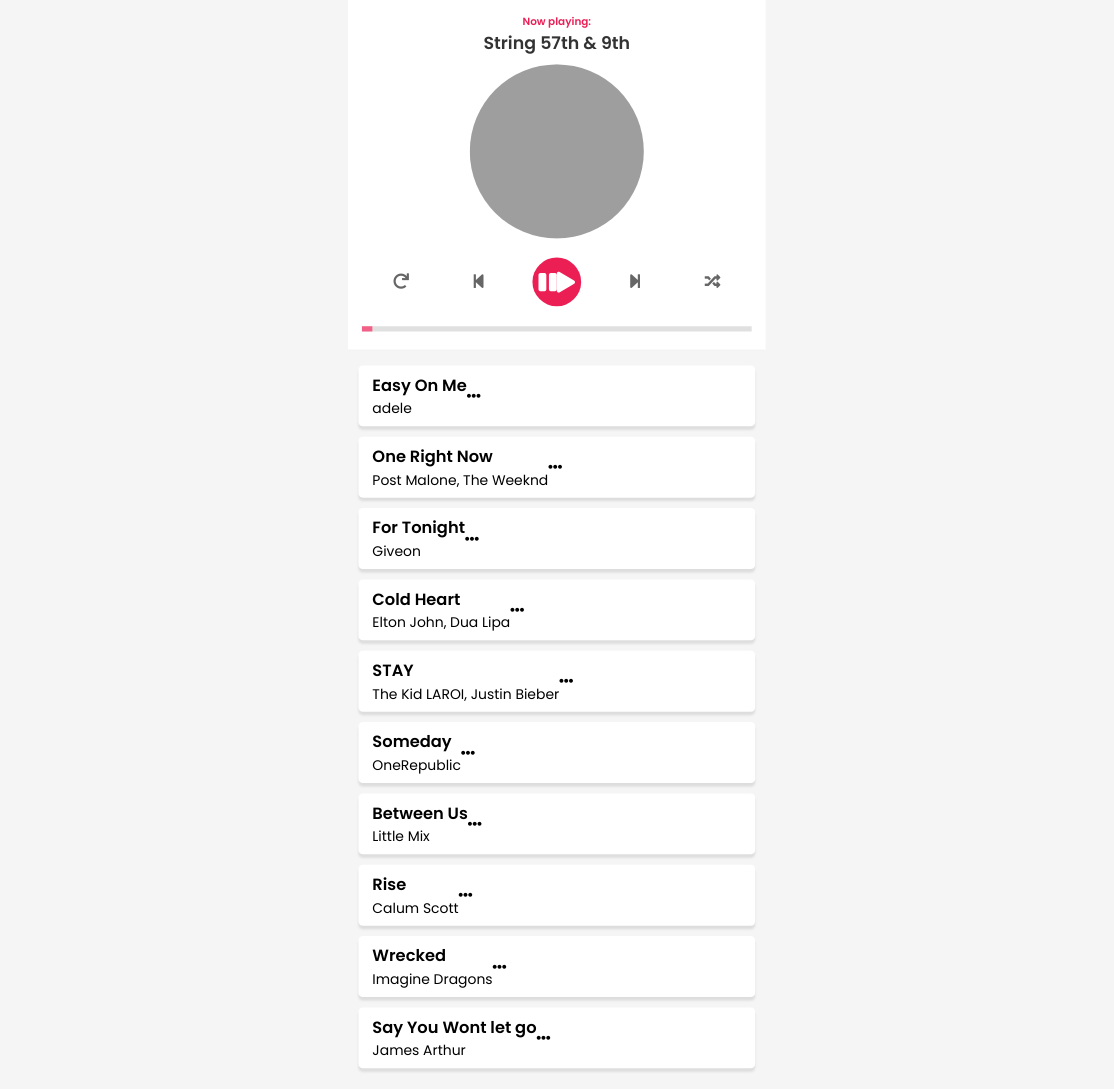
Repository: maivannhan1998/MusicPlayer.github.io
Page: index.html
An editor plug-in stored every save of this project. The page is shown before and after the next save, followed by the edit.
The browser window is 1280 px wide. The pictures show the whole page, at 87% of full size.
Pictures or frames that could not be fetched are drawn as grey boxes.

Above is the page before, as saved 2021-11-09 16:10:03.

After the next save:
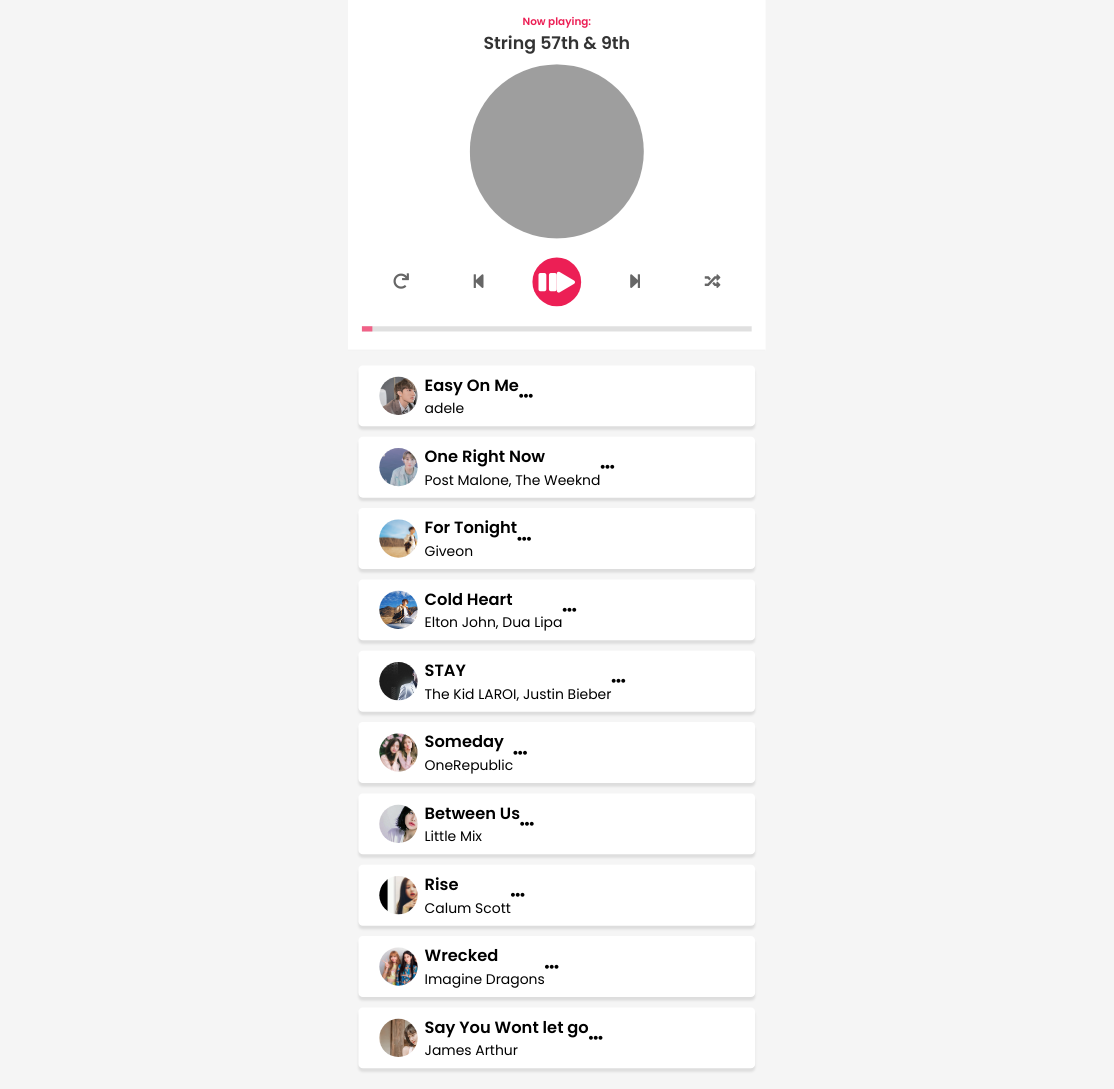
Saved 10 s later.
--- a/assets/css/main.css
+++ b/assets/css/main.css
@@ -124,13 +124,13 @@ header h4 {
   box-shadow: 0 4px 3px rgba(0, 0, 0, 0.1);
 }
 
-/* .song .thumb {
+.song .thumb {
   width: 44px;
   height: 44px;
   border-radius: 50%;
   background-size: cover;
   margin: 0 8px;
-} */
+}
 
 /* .song .body {
   flex: 1;
